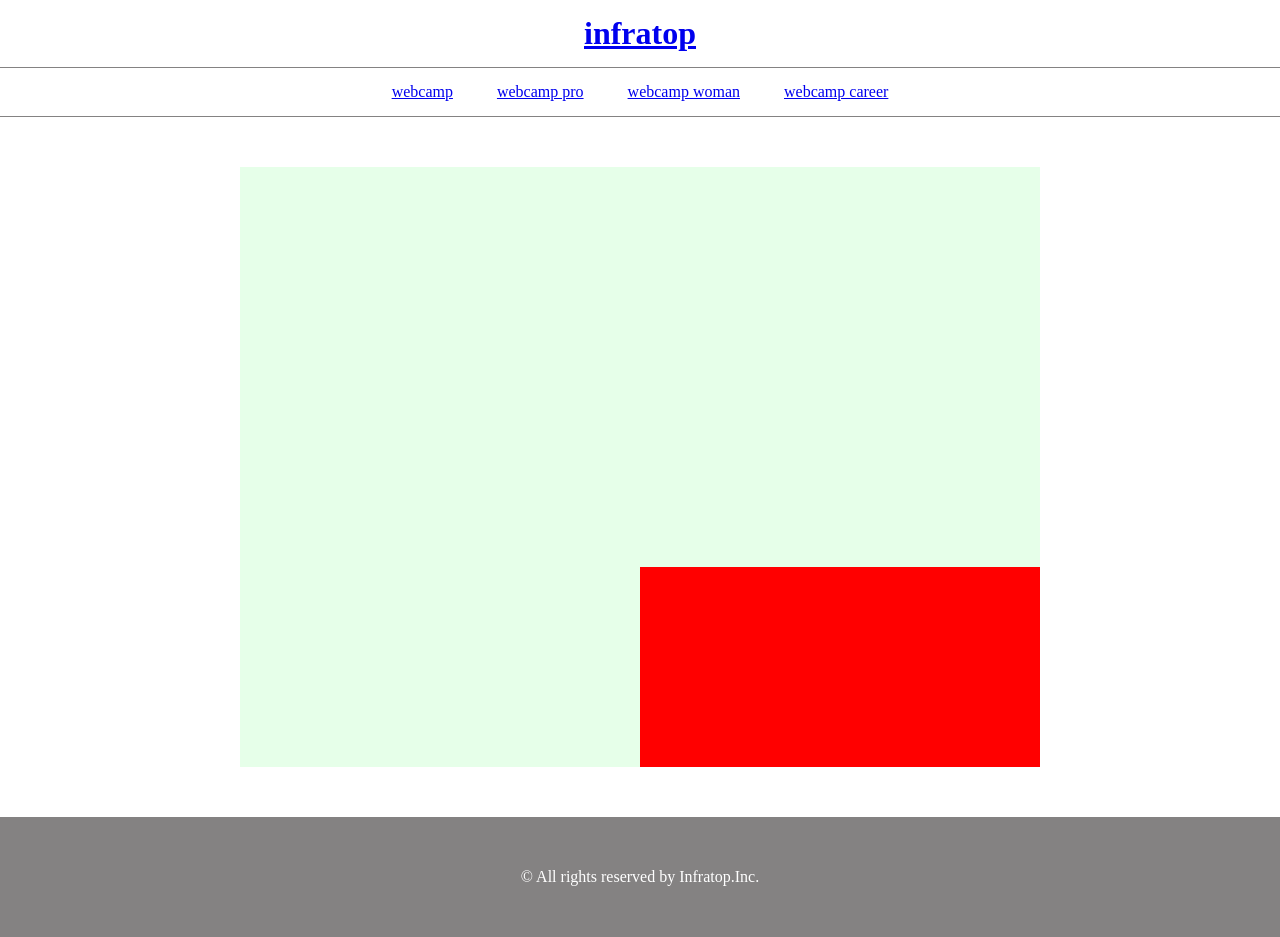
Repository: Nao002/practice
Page: html-practice5/index.html
The author's editor kept a record of every edit. The page is drawn from the files as they stood at one moment, then again after the next edit.
The browser window is 1280 px wide. The pictures show the whole page.

Above is the page before.

### html-practice5/index.html
<!DOCTYPE html>
<html lang="ja">
  <head>
    <meta charset="UTF-8" />
    <!-- CSSファイルの読み込み -->
    <link rel="stylesheet" href="style.css" />
    <title>infratop</title>
  </head>

  <body>
    <!-- header -->
    <header>
      <h1 class="heading">
        <a href="index.html">
          infratop
        </a>
      </h1>
    </header>

     <!-- navigation -->
    <nav>
      <ul class="nav-list">
        <li class="nav-list-item">
          <a href="index.html">webcamp</a>
        </li>
        <li class="nav-list-item">
          <a href="index.html">webcamp pro</a>
        </li>
        <li class="nav-list-item">
          <a href="index.html">webcamp woman</a>
        </li>
        </li>
        <li class="nav-list-item">
          <a href="index.html">webcamp career</a>
        </li>
      </ul>
    </nav>

    <!-- main-visual用のdiv -->
    <div class="main-visual">
      <div class="main-visual-content">
        <div class="main-visual-color color1"></div>
        <div class="main-visual-color color2"></div>
        <div class="main-visual-color color3"></div>
        <div class="main-visual-color color4"></div>
        <div class="main-visual-color color5"></div>
        <div class="main-visual-color color6"></div>
        <div class="main-visual-color color7"></div>
        <div class="main-visual-color color8"></div>
        <div class="main-visual-color color9"></div>
        <div class="main-visual-color color10"></div>
        <div class="main-visual-color color12"></div>
        <div class="main-visual-color color12"></div>
      </div>
    </div>

    <!-- footer -->
    <footer>
      <p class="footer-text">© All rights reserved by Infratop.Inc.</p>
    </footer>

  </body>
</html>

### html-practice5/style.css
/* ブラウザがそれぞれ持っているCSSをリセットするための記述 */
* {
  margin: 0;
  padding: 0;
  box-sizing: border-box;
}

header {
  width: 90%;
  padding: 15px 0;
  margin: 0 auto;
  text-align: center;
}

header .heading { /* headerタグ内のheadingクラスにのみ反映される */
  font-size: 32px;
}

.nav-list {
  text-align: center;
  padding: 15px 0;
  margin: 0 auto;
  border-top: 1px solid #848282;
  border-bottom: 1px solid #848282;
}

.nav-list-item {
  list-style: none;
  display: inline-block;
  margin: 0 20px;
}

.main-visual {
  width: 100%; /* 横幅いっぱい */
  height: 650px; /* 高さ300px */
}

.main-visual-content {
  width: 800px; /* 横幅350px */
  height: 300px; /* 親の高さに揃える */
  flex-wrap: wrap;
  margin: 50px auto;
  font-size: 0;
}

.main-visual-color{
  display: inline-block;
  width: 200px;
  height: 200px;
  background-color: #FF0000;
  font-size: 0;
}

.color1{
  background-color: #e6ffe9
}

.color2{
  background-color: #e6ffe9
}

.color3{
  background-color: #e6ffe9
}

.color4{
  background-color: #e6ffe9
}

.color5{
  background-color: #e6ffe9
}

.color6{
  background-color: #e6ffe9
}
.color7{
  background-color: #e6ffe9
}

.color8{
  background-color: #e6ffe9
}

.color9{
  background-color: #e6ffe9
}

.color10{
  background-color: #e6ffe9
}

.color11{
  background-color: #e6ffe9
}

.color1{
  background-color: #e6ffe9
}


footer {
  width: 100%;
  height: 120px;
  text-align: center;
  line-height: 120px;
  background-color: #848282;
}

.footer-text {
  color: #fff;
}

After the next edit:
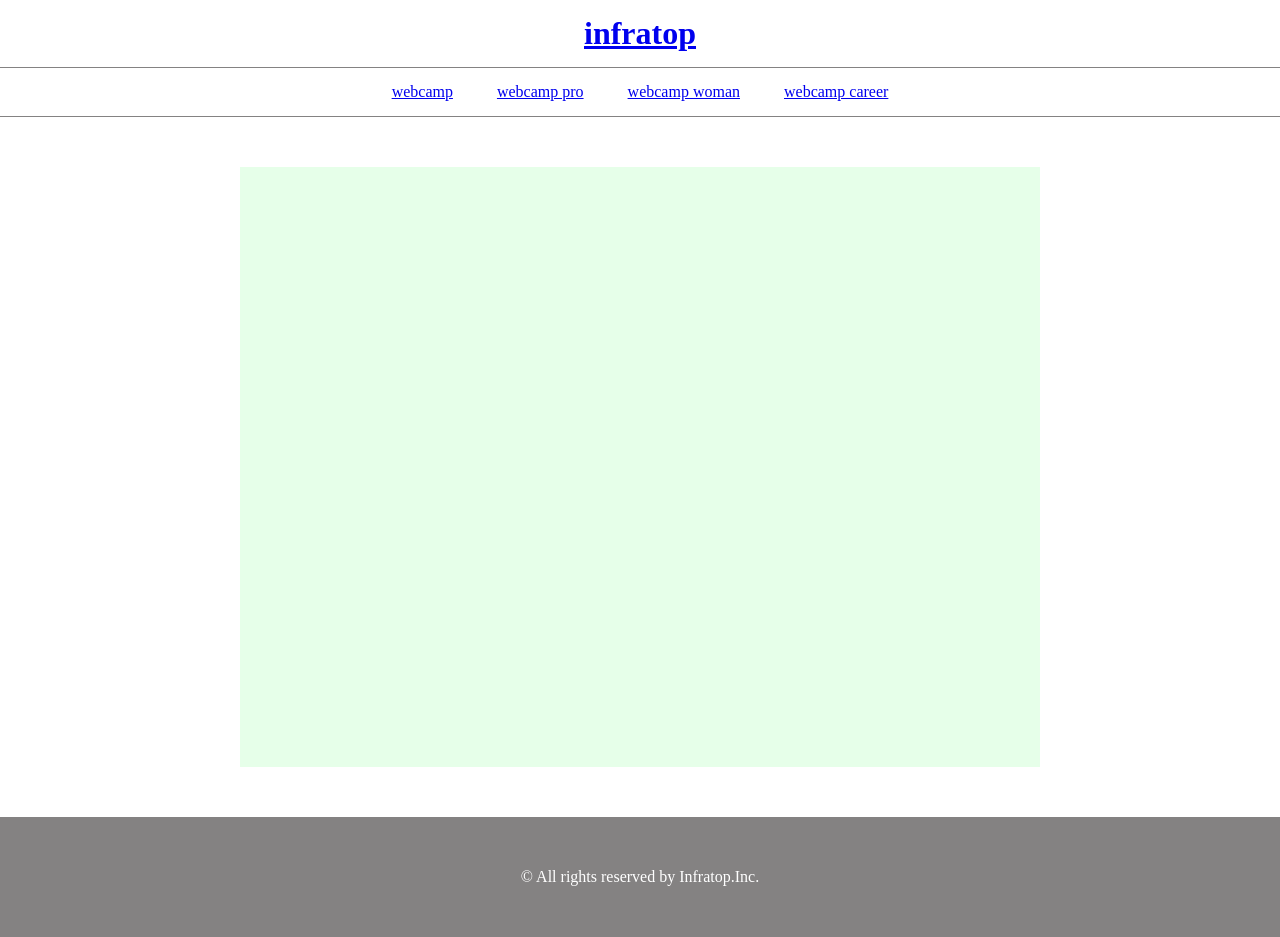
The edit:
--- a/html-practice5/style.css
+++ b/html-practice5/style.css
@@ -94,7 +94,7 @@
   background-color: #e6ffe9
 }
 
-.color1{
+.color12{
   background-color: #e6ffe9
 }
 
